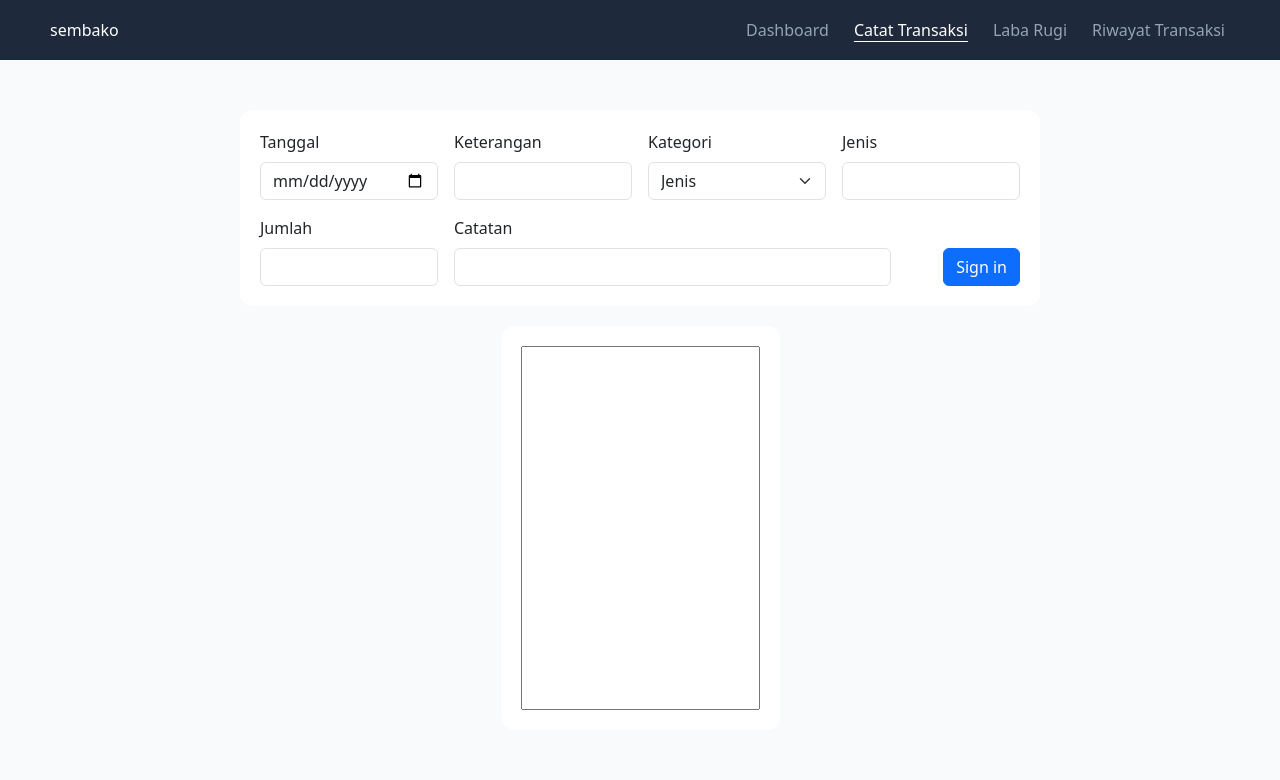
Repository: musdalifahzahra/Projek-Akhir-PWD-2026
Page: http://localhost/3-catat-transaksi.php
An editor plug-in stored every save of this project. The page is shown before and after the next save, followed by the edit.
The browser window is 1280 px wide. The pictures show the whole page.
The page is run by PHP 8.4 with error messages shown; the project is at /var/www/html/.

Above is the page before, as saved 2026-04-10 17:15:54.

After the next save:
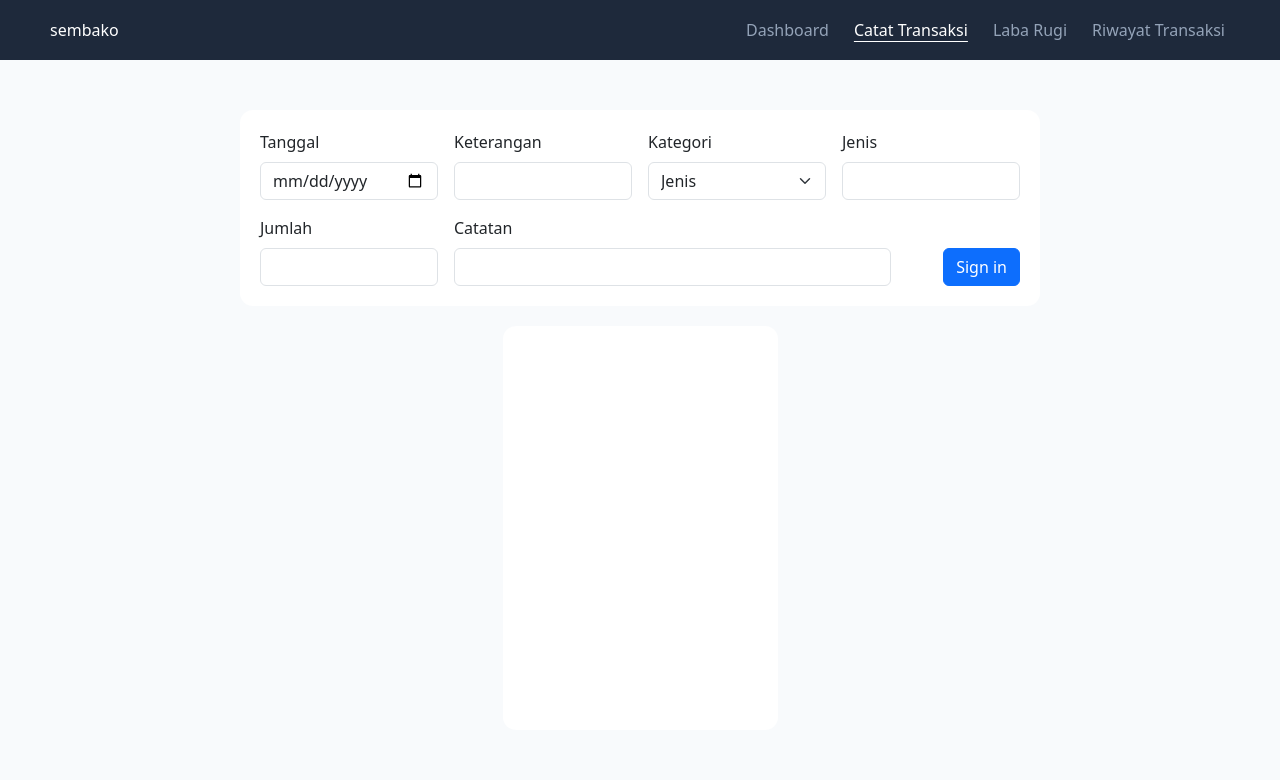
Saved 4 s later.
--- a/3-catat-transaksi-css.css
+++ b/3-catat-transaksi-css.css
@@ -36,5 +36,5 @@ form .catat{
 }
 
 input{
-    border: 1px solid var();
+    border: 1px solid var(--color-);
 }
